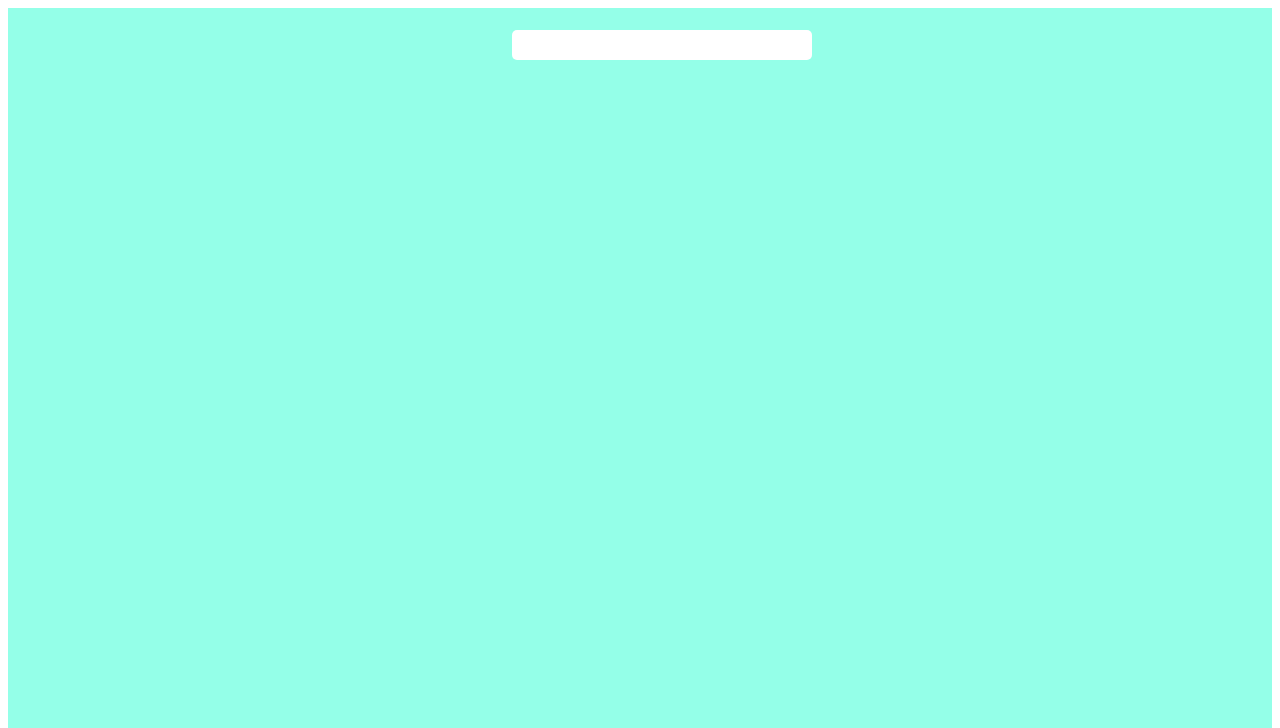
Repository: lxl0302/ClassBegin_-sound_code
Page: /#/tree
An editor plug-in stored every save of this project. The page is shown before and after the next save, followed by the edit.
The browser window is 1280 px wide. The pictures show the whole page.
The project was rebuilt for these pictures with package versions that can differ from the ones it lists, and the page was loaded fresh each time.

Above is the page before, as saved 2020-07-08 16:25:29.

### src/main.js
import Vue from 'vue'
import App from './App.vue'
import create from './utils/create'
import router from './router/index'

Vue.config.productionTip = false

Vue.prototype.$create =create

new Vue({
  router,
  render: h => h(App),
}).$mount('#app')

### src/App.vue
<template>
  <div id="app">
    <HelloWorld />
  </div>
</template>

<script>
import HelloWorld from './views/index'

export default {
  name: 'App',
  components: {
    HelloWorld
  }
}
</script>

<style>
  html,body{
    height: 100%;
  }
  #app {
    height: 100%;
  }
</style>

### src/utils/create.js
import Vue from 'vue';

export default function create(Component, props) {
  // 先创建实例
  const vm = new Vue({
    render(h) {
      // h就是createElement, 它返回VNode
      return h(Component, {props})
    }
  }).$mount();
  // 手动挂在dom 创建实例后 会有与实例对应的实体dom
  document.body.appendChild(vm.$el)
  // 销毁方法
  const comp = vm.$children[0];
  comp.remove = function() {
    document.body.removeChild(vm.$el); // 移除实体dom
    vm.$destroy() // 销毁实例
  }
  return comp
}

### src/router/index.js
import Vue from 'vue'
import VueRouter from 'vue-router'

// 1.安装插件
Vue.use(VueRouter)

// 2.创建vue-router实例
const router = new VueRouter({
  // 配置映射
  routes: []
})

// 3.导出
export default router

### src/views/index.vue
<template>
  <div class="zong">
    <div class="toolbar"></div>
  </div>
</template>

<script>
export default {
  name: '',
  components: {},
  data() {
    return {}
  },
  computed: {},
  mounted() {},
  methods: {}
}
</script>
<style scoped>
.zong {
  width: 100%;
  height: 100%;
  background-color: rgba(0, 255, 200, 0.418);
}
.toolbar{
  position: absolute;
  top: 30px;
  left: 40%;
  width: 300px;
  height: 30px;
  border-radius: 5px;
  background-color: white;
}
</style>

Loaded but not shown: public/index.html (common file)

After the next save:
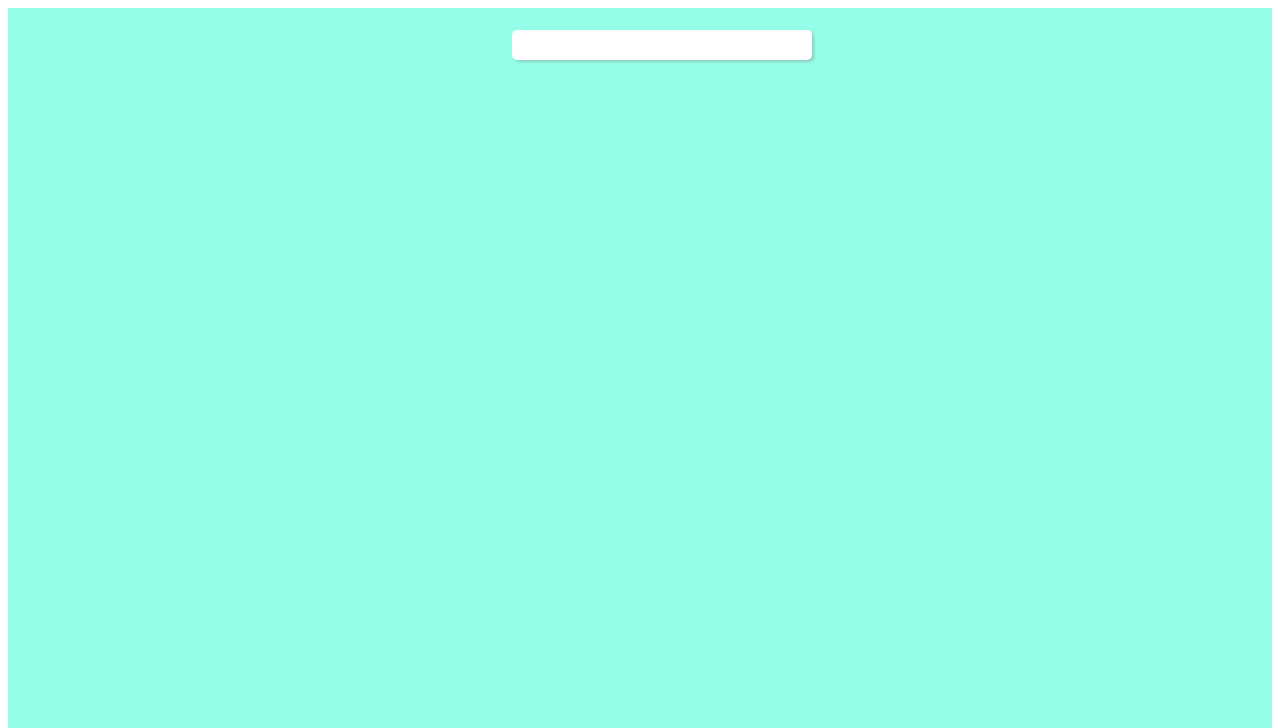
Saved 60 s later.
--- a/src/views/index.vue
+++ b/src/views/index.vue
@@ -30,5 +30,6 @@ export default {
   height: 30px;
   border-radius: 5px;
   background-color: white;
+  box-shadow: 2px 2px 3px rgba(128, 128, 128, 0.377);
 }
 </style>
